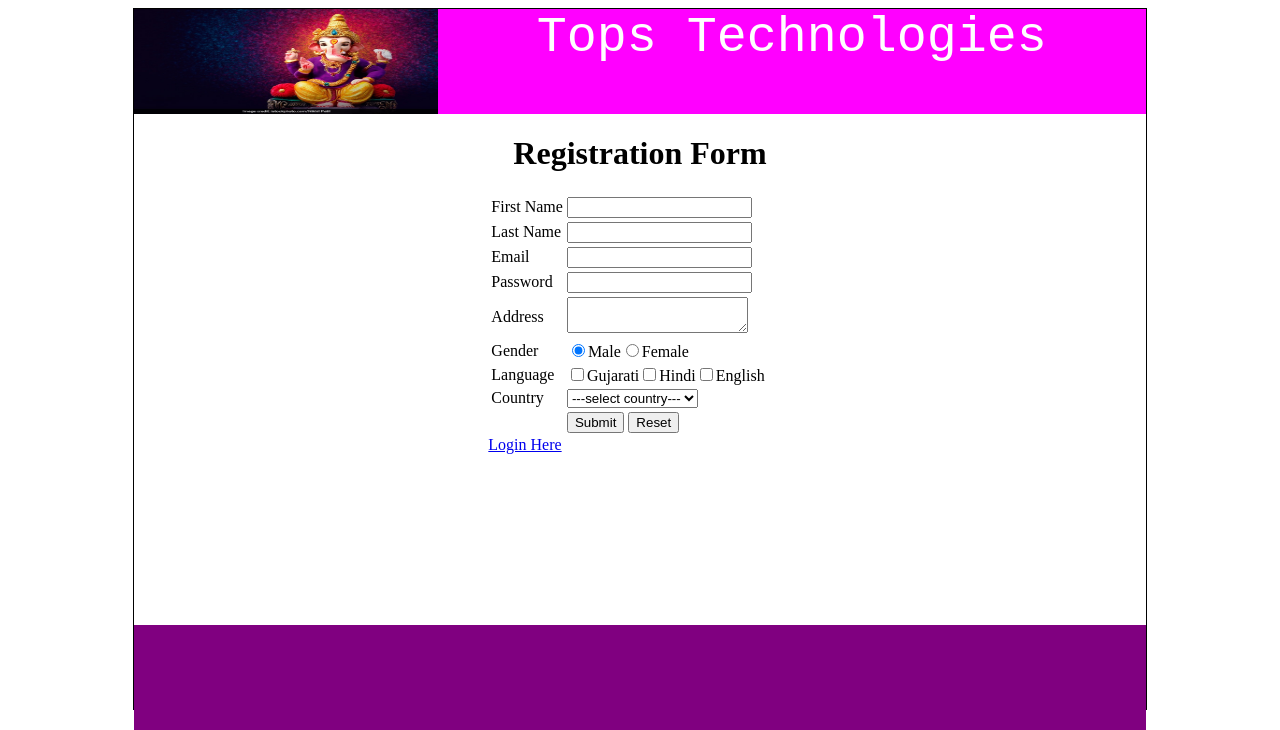
Repository: Laxman877/MyWorkspace
Page: Corejava/Learning_Web/src/main/webapp/division.html
The author's editor kept a copy of each file at every save. The page is drawn from the files as they stood at one save, then again after the next save.
The browser window is 1280 px wide. The pictures show the whole page.

Above is the page before, as saved 2022-04-27 05:43:04.

### Corejava/Learning_Web/src/main/webapp/division.html
<!DOCTYPE html>
<html>
<head>
<meta charset="ISO-8859-1">
<title>Learn Div</title>
<link href="css/style1.css" rel="stylesheet">
</head>
<body>
<div id="container">
<div id="header">
<div id="logo">
<img alt="" src="image/ganpati bappa.jpg" height="100%" width="100%">
</div>
<div id="title">Tops Technologies</div>
</div>
<div id="main">
<h1 align="center">Registration Form</h1>
<form action="success.html" method="post">
<table>

<tr>
<td><label>First Name</label></td>
<td><input type="text" name="fname" class="textfield"></td>
</tr>

<tr>
<td><label>Last Name</label></td>
<td><input type="text" name="lname" class="textfield"></td>
</tr>

<tr>
<td><label>Email</label></td>
<td><input type="text" name="email" class="textfield"></td>
</tr>

<tr>
<td><label>Password</label></td>
<td><input type="text" name="pass" class="textfield"></td>
</tr>

<tr>
<td><label>Address</label></td>
<td><textarea rows="2" cols="20" name="adr" class="textfield"></textarea></td>
</tr>

<tr>
<td><label>Gender</label></td>
<td><input type="radio" name="gender" checked="checked">Male<input type="radio" name="gender">Female</td>
</tr>

<tr>
<td><label>Language</label></td>
<td><input type="checkbox">Gujarati<input type="checkbox">Hindi<input type="checkbox">English</td>
</tr>

<tr>
<td><label>Country</label></td>
<td><select class="textfield"><option>---select country---</option>
<option>India</option>
<option>USA</option>
<option>UK</option>
</select></td>
</tr>

<tr>
<td></td>
<td><input type="submit" class="btn btn-smt">
<input type="reset" class="btn btn-rst"></td>
</tr>

</table>

<a href="Home.html">Login Here</a>
</form>
</div>
<div id="footer"></div>
</div>
</body>
</html>

### Corejava/Learning_Web/src/main/webapp/css/style1.css
@charset "ISO-8859-1";

#container
{
	width: 80%;
	height: 700px;
	border: 1px	solid black;
	margin: auto;
}
#header
{
	height: 15%;
	background-color: purple;
}
#logo
{
	width: 30%;
	background-color: lime;
	height: 100%;
	float: left;
}
#title
{
	width: 70%;
	background-color: fuchsia;
	height: 100%;
	float: right;
	font-size: 50px;
	text-align: center;
	color: white;
	font-family: monospace;
}
#main
{
	height: 70%;
}
#footer
{
	height: 15%;
	background-color: purple;
}
form
{
	width: 30%;
	margin: auto;
}

After the next save:
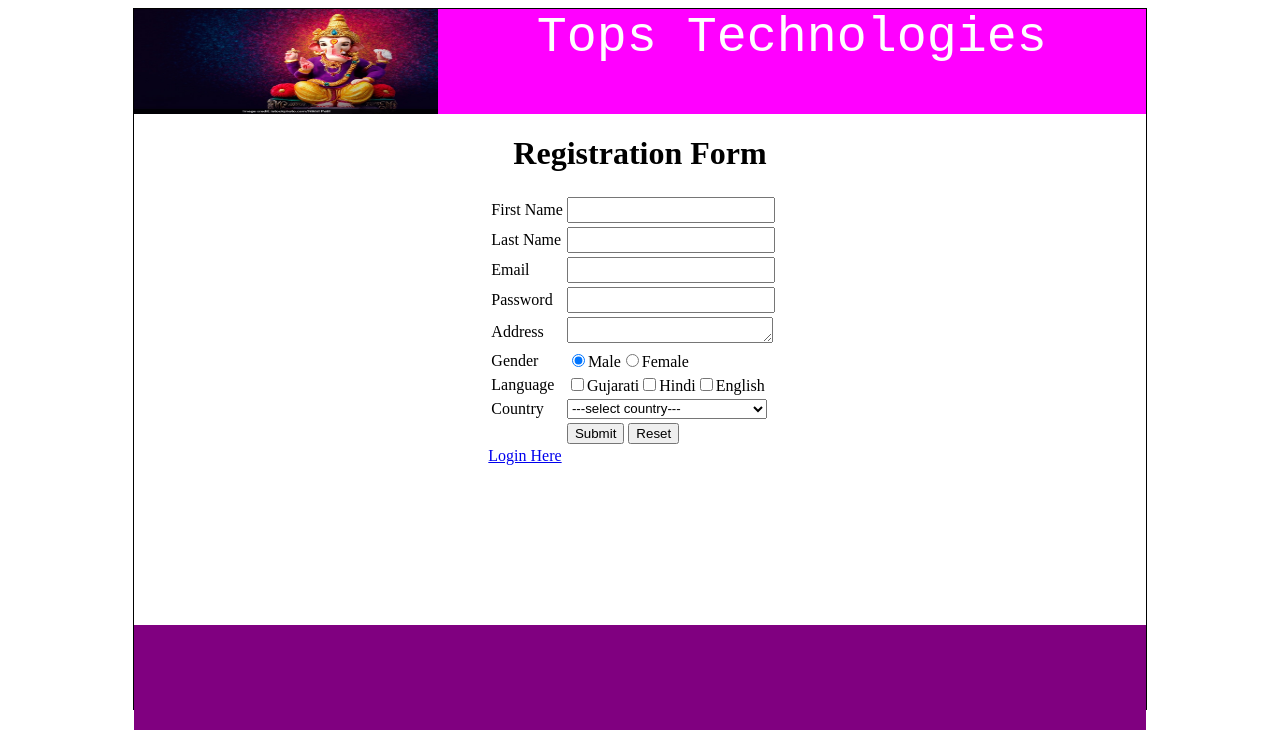
Saved 44 s later.
--- a/Corejava/Learning_Web/src/main/webapp/css/style1.css
+++ b/Corejava/Learning_Web/src/main/webapp/css/style1.css
@@ -44,3 +44,8 @@ form
 	width: 30%;
 	margin: auto;
 }
+.textfield
+{
+	width: 200px;
+	height: 20px;
+}
